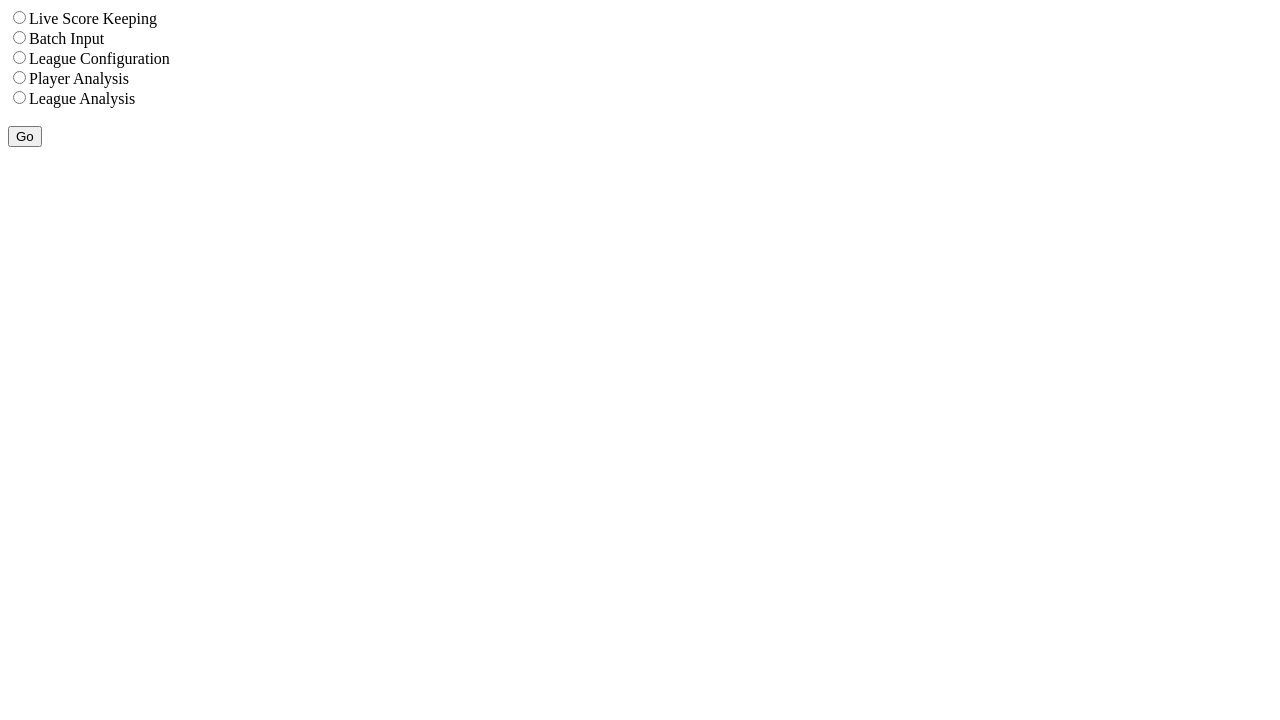
Repository: FredGlozman/SwiftScore
Page: SwiftScore/Website.html
These files come from the project's save history. The page is drawn as it stood at one moment and after the next save; the edit follows.
The browser window is 1280 px wide. The pictures show the whole page.

Above is the page before, as saved 2015-12-01 22:11:33.

After the next save:
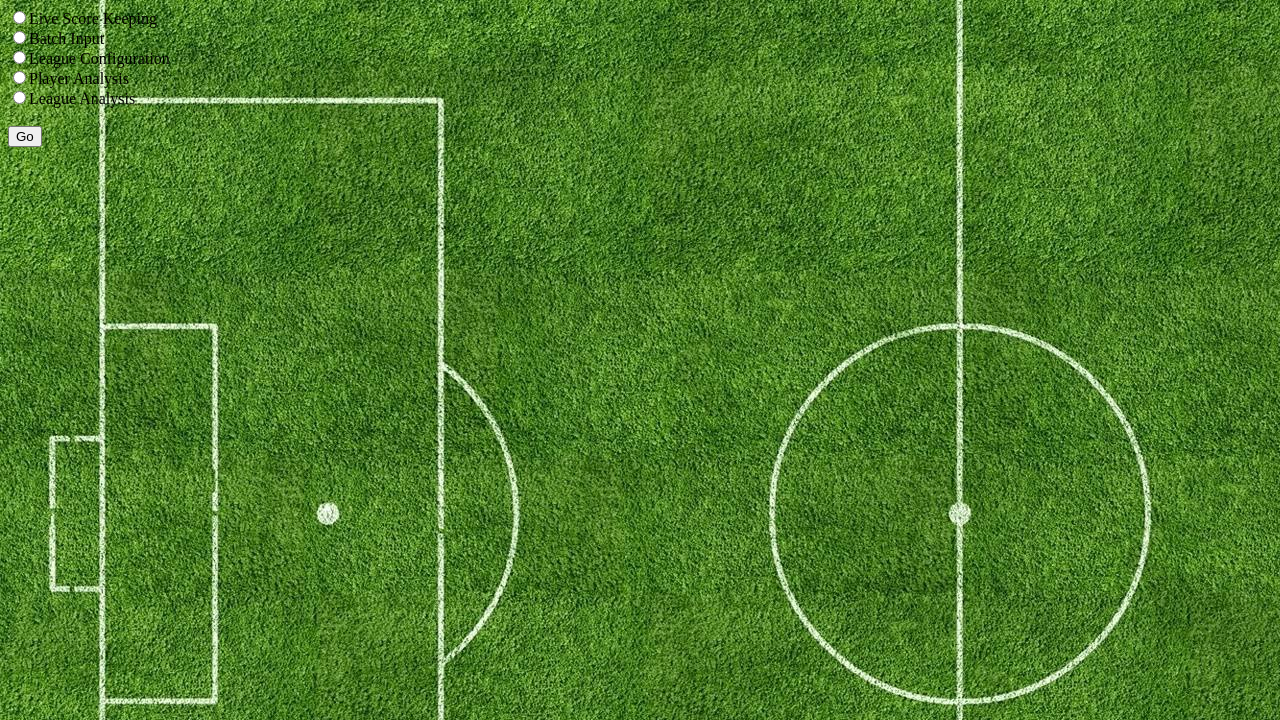
Saved 4 min 52 s later.
--- a/SwiftScore/Website.html
+++ b/SwiftScore/Website.html
@@ -2,7 +2,7 @@
 <head>
 	<title>SwiftScore</title>
 </head>
-<body>
+<body background = soccer.jpg>
 
 <form action="PHP.php" method="post">
   <input type="radio" name = "UseCase" value="1">Live Score Keeping
